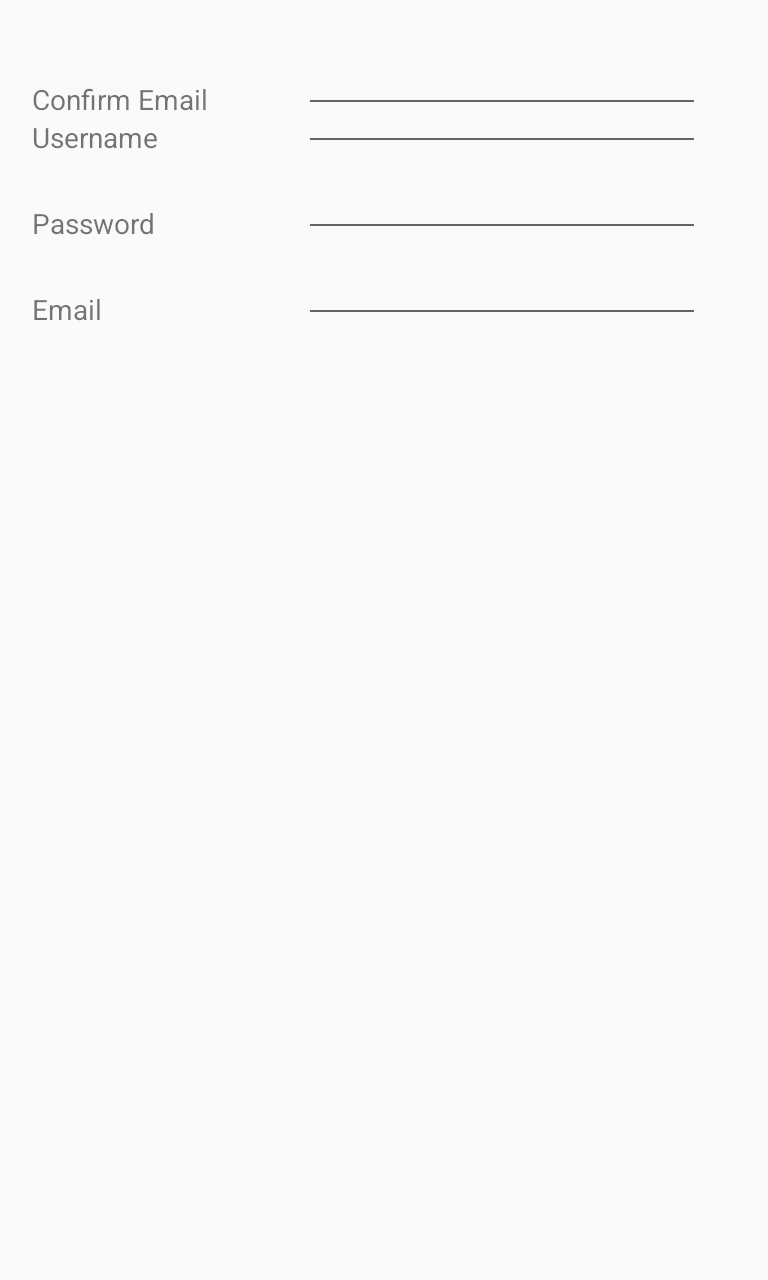
Repository: zerox2012/Fall2014Android
Layout: FishingBuddy/res/layout/activity_new_user.xml
An editor plug-in stored every save of this project. The layout is shown before and after the next save, followed by the edit.
It is drawn on a 768 x 1280 px phone screen (xhdpi) without system bars, with theme AppTheme; the app's code is not run.

Above is the layout before, as saved 2014-10-20 19:24:23.

### FishingBuddy/res/layout/activity_new_user.xml
<RelativeLayout xmlns:android="http://schemas.android.com/apk/res/android"
    xmlns:tools="http://schemas.android.com/tools"
    android:layout_width="match_parent"
    android:layout_height="match_parent"
    android:paddingBottom="@dimen/activity_vertical_margin"
    android:paddingLeft="@dimen/activity_horizontal_margin"
    android:paddingRight="@dimen/activity_horizontal_margin"
    android:paddingTop="@dimen/activity_vertical_margin"
    tools:context="usf.fall2014.android.fishingbuddy.NewUser" >

    <TextView
        android:id="@+id/label_userName"
        android:layout_width="wrap_content"
        android:layout_height="wrap_content"
        android:layout_alignParentLeft="true"
        android:layout_alignParentTop="true"
        android:layout_marginTop="43dp"
        android:text="@string/user_name" />
	<EditText
        android:id="@+id/new_username"
        android:layout_width="200dp"
        android:layout_height="wrap_content"
        android:layout_alignBottom="@+id/label_userName"
        android:layout_alignParentRight="true"
        android:layout_marginRight="17dp"
        android:ems="10"
        android:inputType="text" />

    <TextView
        android:id="@+id/label_password"
        android:layout_width="wrap_content"
        android:layout_height="wrap_content"
        android:layout_alignLeft="@+id/label_userName"
        android:layout_below="@+id/new_username"
        android:layout_marginTop="24dp"
        android:text="@string/password" />
    <EditText
        android:id="@+id/new_password"
        android:layout_width="200dp"
        android:layout_height="wrap_content"
        android:layout_alignBottom="@+id/label_password"
        android:layout_alignLeft="@+id/new_username"
        android:ems="10"
        android:inputType="textPassword" />

     <TextView
        android:id="@+id/label_email"
        android:layout_width="wrap_content"
        android:layout_height="wrap_content"
        android:layout_alignLeft="@+id/label_userName"
        android:layout_below="@+id/new_password"
        android:layout_marginTop="24dp"
        android:text="@string/label_email" />

    <EditText
        android:id="@+id/new_email1"
        android:layout_width="200dp"
        android:layout_height="wrap_content"
        android:layout_alignBottom="@+id/label_email"
        android:layout_alignLeft="@+id/new_username"
        android:ems="10"
        android:inputType="textEmailAddress" />

    <TextView
        android:id="@+id/label_confirm_email"
        android:layout_width="wrap_content"
        android:layout_height="wrap_content"
        android:layout_alignLeft="@+id/new_email"
        android:layout_below="@+id/new_new)email1"
        android:layout_marginTop="24dp"
        android:text="@string/label_confirm_email" />
    <EditText
        android:id="@+id/new_email2"
        android:layout_width="200dp"
        android:layout_height="wrap_content"
        android:layout_alignBottom="@+id/label_confirm_email"
        android:layout_alignLeft="@+id/new_username"
        android:ems="10"
        android:inputType="textEmailAddress" />

</RelativeLayout>

### FishingBuddy/res/values/strings.xml
<?xml version="1.0" encoding="utf-8"?>
<resources>

    <string name="app_name">FishingBuddy</string>
    <string name="hello_world">Hello world!</string>
    <string name="action_settings">Settings</string>
    <string name="title_activity_main_menu">MainMenu</string>
    <string name="title_activity_gallery">Gallery</string>
    <string name="title_activity_message">Message</string>
    <string name="title_activity_new_user">NewUser</string>
    <string name="title_activity_forgot_password">ForgotPassword</string>
    <string name="title_activity_map">Map</string>
    <string name="user_name">Username</string>
    <string name="password">Password</string>
    <string name="button_login">Login</string>
    <string name="new_user">New User</string>
    <string name="forgot_password">Forgot Password</string>
    <string name="remember_me">remember me</string>
    <string name="label_email">Email</string>
    <string name="label_confirm_email">Confirm Email</string>

</resources>

Loaded but not shown: FishingBuddy/res/values/styles.xml (common file); FishingBuddy/res/values-v11/styles.xml (common file); FishingBuddy/res/values-v14/styles.xml (common file); FishingBuddy/res/values/dimens.xml (common file); FishingBuddy/res/values-w820dp/dimens.xml (common file)

After the next save:
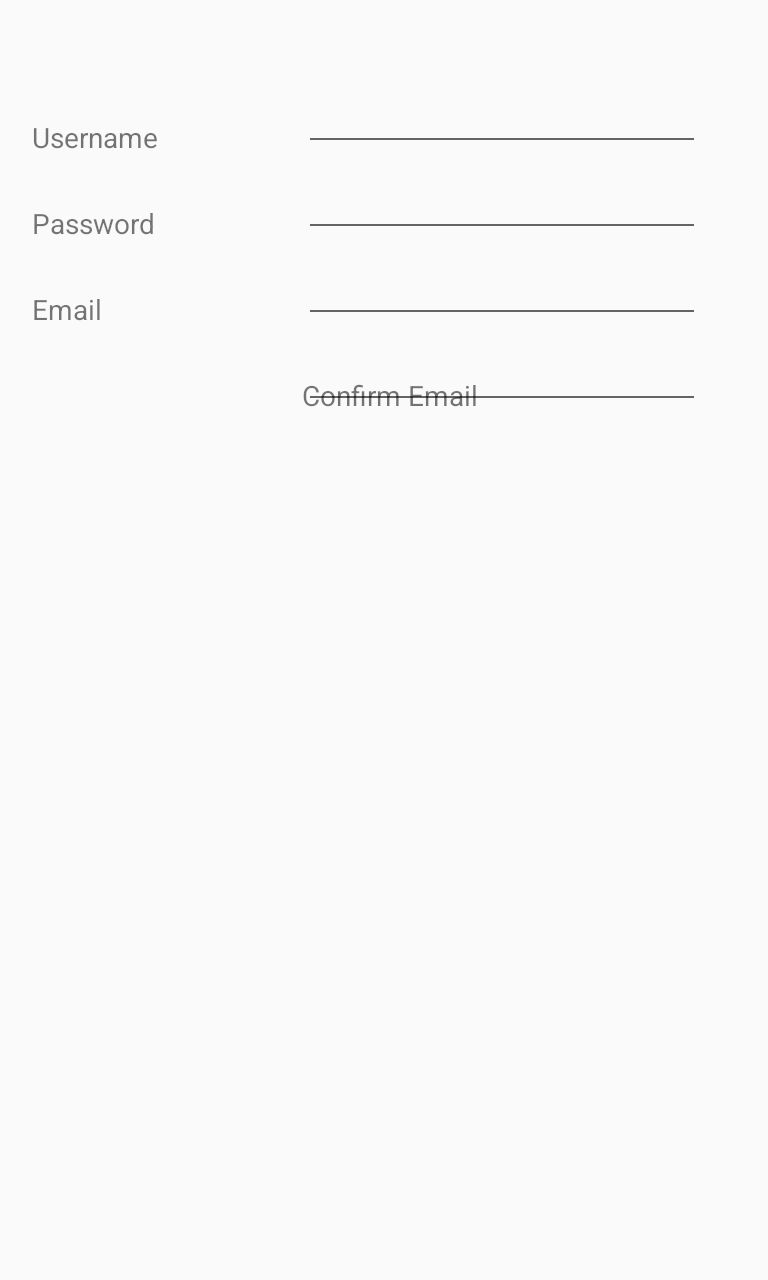
Saved 31 s later.
--- a/FishingBuddy/res/layout/activity_new_user.xml
+++ b/FishingBuddy/res/layout/activity_new_user.xml
@@ -65,8 +65,8 @@
         android:id="@+id/label_confirm_email"
         android:layout_width="wrap_content"
         android:layout_height="wrap_content"
-        android:layout_alignLeft="@+id/new_email"
-        android:layout_below="@+id/new_new)email1"
+        android:layout_alignLeft="@+id/new_email1"
+        android:layout_below="@+id/new_email1"
         android:layout_marginTop="24dp"
         android:text="@string/label_confirm_email" />
     <EditText
